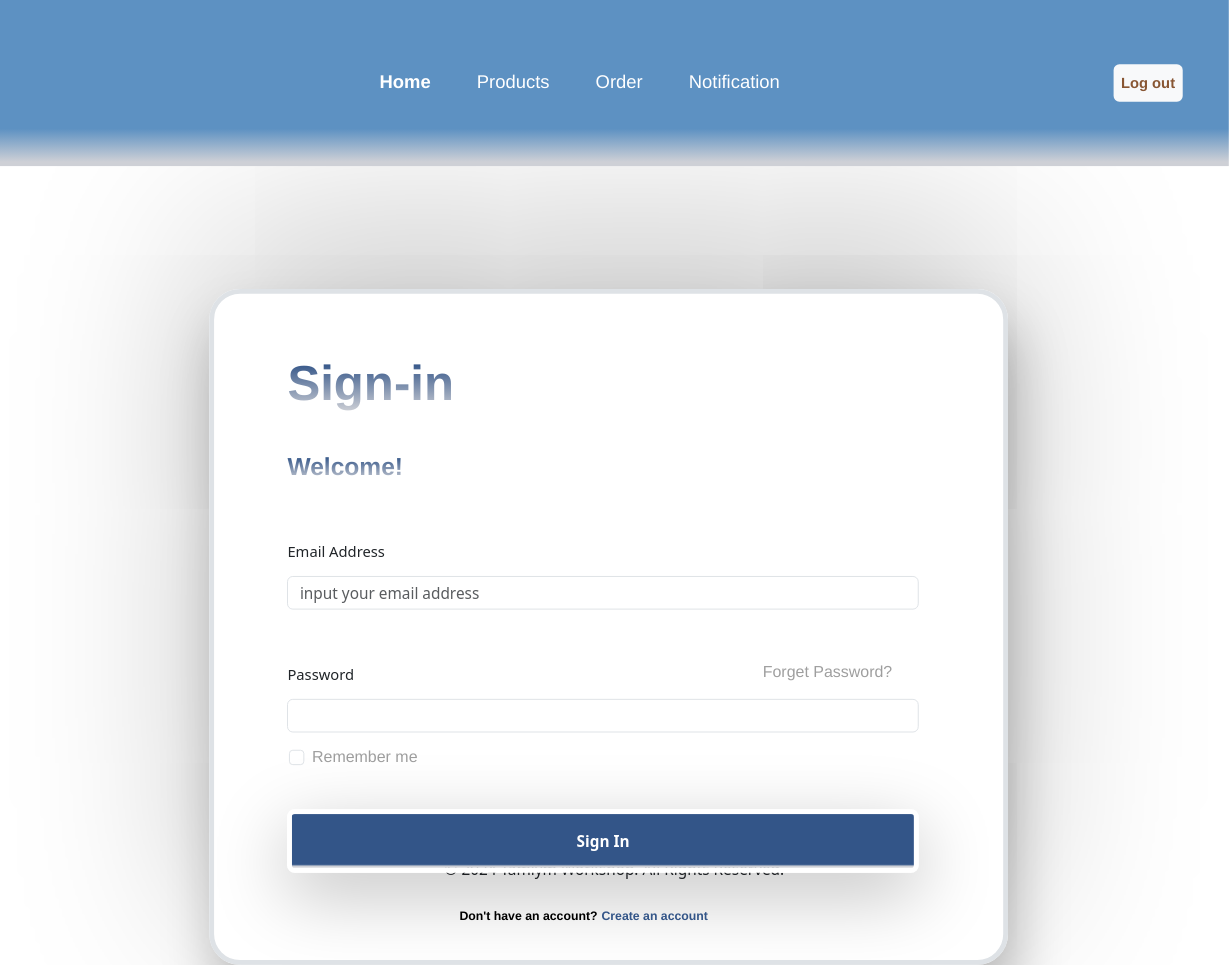
Repository: OVictor21/inventory
Page: /
An editor plug-in stored every save of this project. The page is shown before and after the next save, followed by the edit.
The browser window is 1280 px wide. The pictures show the whole page, at 96% of full size.
The project was rebuilt for these pictures with package versions that can differ from the ones it lists, and the page was loaded fresh each time.

Above is the page before, as saved 2024-12-14 09:39:22.

### src/index.css

nav {
  background-color: transparent;
  background: linear-gradient(180deg, rgb(93, 145, 194) 77.5%, rgb(206, 208, 214) 97.5%);

}

.navbar-brand img {
  max-width: 10vw;
  min-width: 5vw;
}

.nav-link.nav-text-current {
  font-family: "Montserrat", Helvetica;
  font-weight: 700;
  color: #ffffff;
  font-size: 1.5vw;
}

.nav-link.nav-text {
  font-family: "Montserrat", Helvetica;
  font-weight: 400;
  color: #ffffff;
  font-size: 1.5vw;
}

.nav-link.nav-text-2 {
  font-family: "Montserrat", Helvetica;
  font-weight: 600;
  color: rgb(136, 86, 51);
  font-size: 1.2vw;
}

.background {
  background-color: #000021;
}

/* .background-image {
  background-image: url('/public/back.png');
  background-size: cover;
  background-repeat: no-repeat;
  background-position: center;
  min-height: 100vh;
  color: white;
} */

.sign-in{
  width: 65vw;
  height: 55vw;
  box-shadow: 7px 37px 55px #00000040, 0px -54px 200px #00000040;
  left: 17vw;
  top: 10vw;
  overflow: hidden;
}


.text{
  top: 5vw;
  left: 6vw;
  background: linear-gradient(180deg, rgb(51, 85, 136) 13.5%, rgb(206, 208, 214) 100%);
  -webkit-background-clip: text !important;
  background-clip: text;
  -webkit-text-fill-color: transparent;
  text-fill-color: transparent;
  font-family: "Montserrat-Bold", Helvetica;
  font-weight: 700;
  color: transparent;
  font-size: 4vw;
  letter-spacing: 0;
  line-height: normal;
}



.text-wrapper-8 {
  background: linear-gradient(180deg, rgb(51, 85, 136) 13.5%, rgb(206, 208, 214) 100%);
  -webkit-background-clip: text !important;
  background-clip: text;
  -webkit-text-fill-color: transparent;
  text-fill-color: transparent;
  font-family: "Montserrat-Bold", Helvetica;
  font-weight: 600;
  color: transparent;
  font-size: 2vw;
  letter-spacing: 0;
  line-height: normal;
  top: 13vw;
  left: 6vw;
}

.email-text{
  font-size: 1.2vw;
}

.email{
  top: 20vw;
  left: 6vw;
}

.email-in{
  top: 23vw;
  left: 6vw;
  width: 80%;
  max-width: 80%;
  height: 5%;
}

.pass{
  top: 30vw;
  left: 6vw;
}

.pass-in{
  top: 33vw;
  left: 6vw;
  width: 80%;
  max-width: 80%;
  height: 5%;

}

.text-wrapper-7{
  font-family: "Montserrat-Regular", Helvetica;
  font-weight: 400;
  color: #00000061;
  font-size: 1.3vw;
  letter-spacing: 0;
  line-height: normal;
  top: 30vw;
  text-decoration: none;
  right: 9vw;
}

.form-check-label{
  font-family: "Montserrat-Regular", Helvetica;
  font-weight: 400;
  color: #00000061;
  font-size: 1.3vw;
  letter-spacing: 0;
  line-height: normal;
  top: 37vw;
  left: 8vw;
}

.form-check-input{
  top: 36.8vw;
  left: 8vw;

}

.sign-btn{
  background: linear-gradient(180deg, rgb(51, 85, 136) 93.5%, rgb(206, 208, 214) 97%);
  font-family: "Montserrat-Bold", Helvetica;
  font-weight: 700;
  font-size: 4vw;
  letter-spacing: 0;
  line-height: normal;
  width: 80%;
  top: 42vw;
  left: 6vw;
  box-shadow: 0px 22px 75px #00000040;
}

.acct{
  font-family: "Montserrat-Regular", Helvetica;
  font-weight: 700;
  color: #000000;
  font-size: 1vw;
  letter-spacing: 0;
  line-height: normal;
  top: 50vw;
  left: 20vw;
}

.acct-1{
  font-family: "Montserrat-Bold", Helvetica;
  font-weight: 700;
  color: rgb(51, 85, 136);
  font-size: 1vw;
  text-decoration: none;
  letter-spacing: 0;
  line-height: normal;
  top: 50vw;
  right: 24vw;
}



.pass-text{
font-size: 1.2vw;
}

### src/App.js
import Navbar from './navbar';
import 'bootstrap/dist/css/bootstrap.min.css';
import Body from './body';


function App() {
  return (
    <div className="App">
      <Navbar />
      <Body />
    </div>
  );
}

export default App;

### src/navbar.js

const Navbar = () => {
    return (
        <nav className="navbar navbar-expand-md justify-content-center p-5 z-1">
        <button className="navbar-toggler ms-auto" type="button" data-bs-toggle="collapse" data-bs-target="#collapseNavbar">
            <span className="navbar-toggler-icon"></span>
        </button>

        <div className="navbar-collapse collapse" id="collapseNavbar">
            <ul className="navbar-nav justify-content-center w-100 ">
            <li className="nav-item m-3">
                <a className="nav-link nav-text-current" href="/home">Home</a>
            </li>
            <li className="nav-item m-3">
                <a className="nav-link nav-text" href="/products">Products</a>
            </li>
            <li className="nav-item m-3">
                <a className="nav-link nav-text" href="/order">Order</a>
            </li>
            <li className="nav-item m-3">
                <a className="nav-link nav-text" href="/notifications">Notification</a>
            </li>
            </ul>

            <ul className="navbar-nav ms-auto justify-content-end">
            <li className="nav-item bg-light rounded">
                <button className="nav-link nav-text-2 text-nowrap btn btn-link">Log out</button>

            </li>
            </ul>
        </div>
        </nav>



      );
}

export default Navbar;

### src/body.js
import React from 'react';

const Body = () => {
  return (
    <div className="login">

         <form >
        <div class="sign-in position-relative border border-5 rounded-5">
        <div class="mb-3">
            <p class="text position-absolute">Sign-in</p>
            <div class="text-wrapper-8 position-absolute">Welcome!</div>

          <label for="exampleInputEmail1" class="form-label email position-absolute"><span class="email-text"> Email Address</span></label>
          <input type="email" class="form-control email-in position-absolute" id="exampleInputEmail1" aria-describedby="emailHelp" placeholder="input your email address"/>
        </div>
        <div class="mb-3">
          <label for="exampleInputPassword1" class="form-label pass position-absolute"><span class="pass-text">Password</span> </label>
          <input type="password" class="form-control pass-in position-absolute" id="exampleInputPassword1"/>
          <a href="/forgotpassword" class="text-wrapper-7 position-absolute">Forget Password?</a>
        </div>

        <div class="mb-3 form-check">
            <input type="checkbox" class="form-check-input position-absolute" id="exampleCheck1"/>
            <label class="form-check-label position-absolute" for="exampleCheck1">Remember me</label>
          </div>
        <button type="submit" class="btn sign-btn position-absolute border-white border-5 rounded-3 p-3 text-white fw-bold">Sign In</button>
        <p  class="acct position-absolute">Don't have an account?</p> <a href="/createacct" class="acct-1 position-absolute">Create an account</a>


        </div>


    </form>

    <footer>
    <div class="text-center py-3 copyright-text">
            © 2024 Tamiym Workshop. All Rights Reserved.
        </div>
    </footer>

    </div>
  );
};

export default Body;

Loaded but not shown: public/index.html (common file); src/index.js (common file); src/reportWebVitals.js (common file)

After the next save:
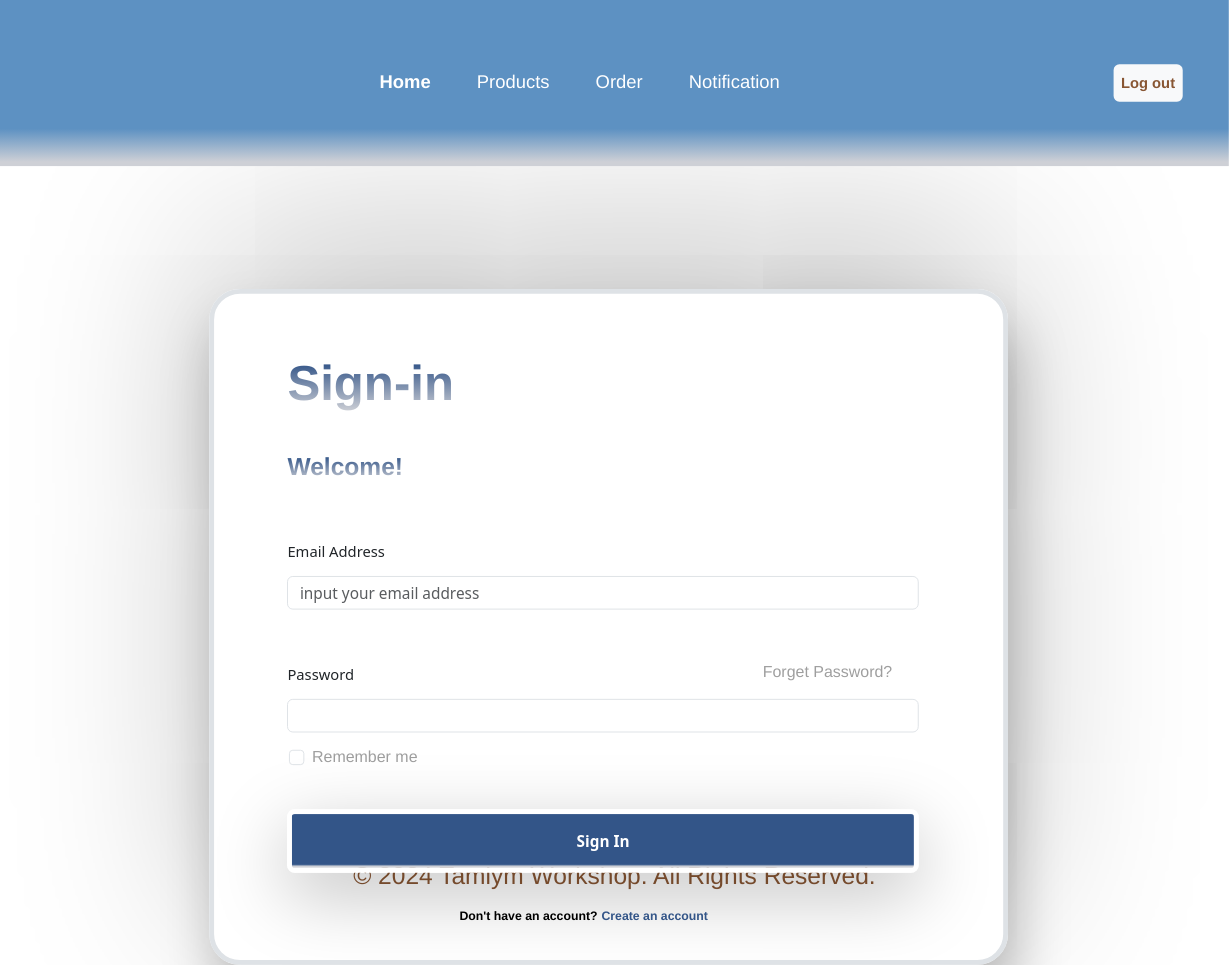
Saved 91 s later.
--- a/src/index.css
+++ b/src/index.css
@@ -189,3 +189,10 @@ nav {
 .pass-text{
 font-size: 1.2vw;
 }
+
+.copyright-text {
+  font-family: "Montserrat", Helvetica;
+  font-weight: 400;
+  color: rgb(136, 86, 51);
+  font-size: 2vw;
+}
